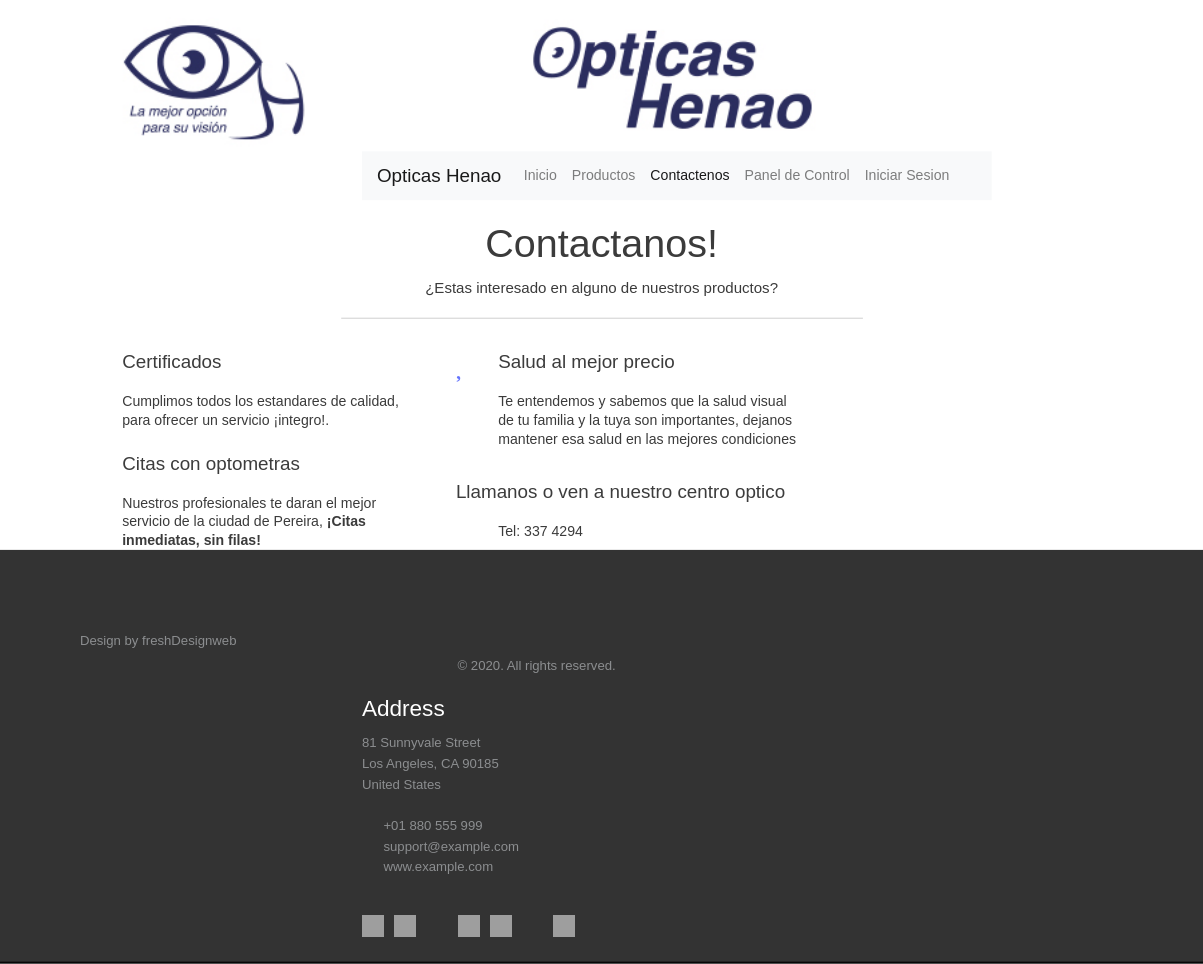
Repository: camilo1505/optometra
Page: contactanos.html
The author's editor kept a copy of each file at every save. The page is drawn from the files as they stood at one save, then again after the next save.
The browser window is 1280 px wide. The pictures show the whole page, at 94% of full size.
Pictures or frames that could not be fetched are drawn as grey boxes. Some web fonts or font styles are not loaded; a fallback is used.

Above is the page before, as saved 2019-04-14 21:56:29.
Console error (its wording comes from the project's code and is left out).

### contactanos.html
<!DOCTYPE html>
<html lang="es">

<head>
  <meta charset="UTF-8">
  <meta name="viewport" content="width=device-width, initial-scale=1.0">
  <title>Opticas Henao</title>
  <link href="css/styles.css" rel="stylesheet">
  <link href="css/bootstrap-override.css" rel="stylesheet">
  <link href="css/font-awesome/font-awesome.css" rel="stylesheet">
  <link rel="stylesheet" href="css/flexslider.css" type="text/css" media="screen">
</head>

<body>
  <header id="header">
    <div class="container">
      <div class="row t-container">
        <div class="span3">
          <div class="logo">
            <a href="index.html"><img src="logo.png" alt="" /></a>
          </div>
        </div>
        <div class="span7">
          <div class="row space10"></div>
          <img src="nombre.png" alt="">
          <nav class="navbar navbar-expand-lg navbar-light bg-light">
            <a class="navbar-brand" href="index.html">Opticas Henao</a>
            <button class="navbar-toggler" type="button" data-toggle="collapse" data-target="#navbarSupportedContent"
              aria-controls="navbarSupportedContent" aria-expanded="false" aria-label="Toggle navigation">
              <span class="navbar-toggler-icon"></span>
            </button>
            <div class="collapse navbar-collapse" id="navbarNav">
              <ul class="navbar-nav">
                <li>
                  <a class="nav-link" href="index.html">Inicio<span class="sr-only">(current)</span></a>
                </li>
                <li>
                  <a class="nav-link" href="productos.php">Productos<span class="sr-only">(current)</span></a>
                </li>
                <li class="nav-item active">
                  <a class="nav-link" href="contactanos.html">Contactenos<span class="sr-only">(current)</span></a>
                </li>
                <li>
                  <a class="nav-link" href="php/panel-control.php">Panel de Control<span class="sr-only">(current)</span></a>
                </li>
                <li>
                    <a class="nav-link" href="login.html">Iniciar Sesion<span class="sr-only">(current)</span></a>
                </li>
              </ul>
            </div>
          </nav>
        </div>
      </div>
  </header>

  <div id="content">
    <div class="container">
      <div class="f-center">
        <h2>Contactanos!</h2>
        <div class="head-info">
          ¿Estas interesado en alguno de nuestros productos?
        </div>
      </div>
      <div class="f-hr"></div>
      <div class="row space30"></div>
      <div class="row">
        <div class="span12">
          <div class="row">
            <!-- Service Container -->
            <div class="span4">
              <!-- Service Icon -->
              <div class="ic-1"><i class="icon-ok"></i></div>
              <!-- Service Title -->
              <div class="title-1">
                <h4>Certificados</h4>
              </div>
              <!-- Service Content -->
              <div class="text-1">
                Cumplimos todos los estandares de calidad, para ofrecer un servicio ¡integro!.
              </div>
            </div>
            <!-- Service Container End -->
            <div class="span4">
              <div class="ic-1"><i class="icon-heart"></i></div>
              <div class="title-1">
                <h4>Salud al mejor precio</h4>
              </div>
              <div class="text-1">
                Te entendemos y sabemos que la salud visual de tu familia y la tuya son importantes, dejanos mantener esa salud en las mejores condiciones
              </div>
            </div>
            <div class="span4">
              <div class="ic-1"><i class="icon-eye-open"></i></div>
              <div class="title-1">
                <h4>Citas con optometras</h4>
              </div>
              <div class="text-1">
                Nuestros profesionales te daran el mejor servicio de la ciudad de Pereira,<b> ¡Citas inmediatas, sin filas!</b>
              </div>
            </div>
            <!-- Service Container -->
            <div class="span4">
              <!-- Service Icon -->
              <div class="ic-1"><i class="icon-phone"></i></div>
              <!-- Service Title -->
              <div class="title-1">
                <h4>Llamanos o ven a nuestro centro optico</h4>
              </div>
              <!-- Service Content -->
              <div class="text-1">
                Tel: 337 4294

              </div>
            </div>
          </div>
        </div>
      </div>
    </div>
  </div>
  <!-- Content End -->

  <!-- Footer -->
  <footer id="footer">
    <div class="container">

      <div class="row space50"></div>
      <div class="row">
        <div class="span6">
          <div class="logo-footer">
            Design by <a href="https://www.freshdesignweb.com">freshDesignweb</a>
          </div>
        </div>
        <div class="span6 right">
          &copy; 2020. All rights reserved.
        </div>
        <div class="span3 offset3">
          <h3>Address</h3>
          81 Sunnyvale Street<br>
          Los Angeles, CA 90185<br>
          United States<br>
          <br>
          <i class="icon-phone"></i>+01 880 555 999<br>
          <i class="icon-envelope"></i><a href="mailto:support@example.com">support@example.com</a><br>
          <i class="icon-home"></i><a href="#">www.example.com</a>

          <div class="row space40"></div>

          <a href="#" class="social-network sn2 behance"></a>
          <a href="#" class="social-network sn2 facebook"></a>
          <a href="#" class="social-network sn2 pinterest"></a>
          <a href="#" class="social-network sn2 flickr"></a>
          <a href="#" class="social-network sn2 dribbble"></a>
          <a href="#" class="social-network sn2 lastfm"></a>
          <a href="#" class="social-network sn2 forrst"></a>
          <a href="#" class="social-network sn2 xing"></a>
        </div>
      </div>

    </div>
  </footer>
  <!-- Footer End -->
  <!-- JavaScripts -->
  <script type="text/javascript" src="js/jquery-1.8.3.min.js"></script>
  <script type="text/javascript" src="js/bootstrap.min.js"></script>
  <script type="text/javascript" src="js/functions.js"></script>
  <script type="text/javascript" defer src="js/jquery.flexslider.js"></script>
</body>

</html>

### css/bootstrap-override.css
/*  Resolutions below 1200px  */

@media (max-width: 1200px) {

  #header {
	  height:auto;
  }
  #titlebar h3{ padding-left:10px;}
  .texture{
    left:-148px;
    width:560px;
  }

  .texture-footer {
    width:68%;
    right:-130px;
  }

  .logo {
    margin-top:60px;
  }

  .form-main input, .form-main textarea {
    width:93.7%;
  }

  .form-comment input {
    width:92.2%;
  }

  .form-comment textarea {
    width:96.2%;
  }

  #map {
    height:220px;
  }

}

/*  Resolutions below 980px  */

@media (max-width: 980px) {

  #header {
    height:auto;
  }

  .texture{
    left:-116px;
    width:440px;
  }

  .texture-footer {
    width:70%;
    top:0px;
    right:-102px;
  }

  .logo {
    margin-top:45px;
  }

  .form-main input, .form-main textarea {
    width:92%;
  }

  .form-comment input {
    width:89.5%;
  }

  .form-comment textarea {
    width:95%;
  }

  #map {
    height:166px;
  }

}

/*  Resolutions below 768px  */

@media (max-width: 768px) {

  #header, #footer, #content {
    padding:0 12px;
  }

  #header {
    height:auto;
  }

  .h-button {
    position:relative;
  }

  #our-clients img {
    width:auto !important;
    float:left;
  }

  .f-right {
    float:left !important;
  }

  .right {
    text-align:left !important;
  }

  .text-1 {
    padding:0px !important;
  }

  .back-top {
    top:0px !important;
    float:left !important;
  }

  .search-box {
    clear:both;
  }

  .search {
    width:83%;
    padding-left:2%;
  }

  /* vertical padding for span* */
  [class*="span"] {
    margin-bottom: 12px !important;
  }

  /* height of space* */
  [class*="space"] {
    height:10px !important;
  }

  h1 {
    padding-top:0px;
  }

    /* Main Navigation - Hidden */
  .navbar .nav {
    display:none !important;
  }

  .navbar {
    float:left !important;
    width:100%;
  }

  /* Select Box Navigation - Show */
  .navbar .nav-responsive {
    display:block !important;
    width:100%;
    clear:both;
  }

  .logo {
    width:200px;
  }

  .texture {
    display:none !important;
  }

  .texture-footer {
    display:none;
  }

  .form-main input, .form-main textarea {
    width:96%;
    padding-left:2%;
    padding-right:2%;
  }

  .form-comment input {
    width:92%;
    padding-left:2%;
    padding-right:2%;
  }

  .form-comment textarea {
    width:92%;
    padding-left:2%;
    padding-right:2%;
  }

}

### css/flexslider.css
/*
 * jQuery FlexSlider v2.0
 * http://www.woothemes.com/flexslider/
 *
 * Copyright 2012 WooThemes
 * Free to use under the GPLv2 license.
 * http://www.gnu.org/licenses/gpl-2.0.html
 *
 * Contributing author: Tyler Smith (@mbmufffin)
 */


/* Browser Resets */
.flex-container a:active,
.flexslider a:active,
.flex-container a:focus,
.flexslider a:focus  {outline: none;}
.slides,
.flex-control-nav,
.flex-direction-nav {margin: 0; padding: 0; list-style: none;}

/* FlexSlider Necessary Styles
*********************************/
.flexslider {margin: 0; padding: 0;}
.flexslider .slides > li {display: none; -webkit-backface-visibility: hidden;} /* Hide the slides before the JS is loaded. Avoids image jumping */
.flexslider .slides img {width: 100%; display: block;}
.flex-pauseplay span {text-transform: capitalize;}

/* Clearfix for the .slides element */
.slides:after {content: "."; display: block; clear: both; visibility: hidden; line-height: 0; height: 0;}
html[xmlns] .slides {display: block;}
* html .slides {height: 1%;}

/* No JavaScript Fallback */
/* If you are not using another script, such as Modernizr, make sure you
 * include js that eliminates this class on page load */
.no-js .slides > li:first-child {display: block;}


/* FlexSlider Default Theme
*********************************/
.flexslider {margin: 0px; background: #fff; border: 0px solid #fff; position: relative; -webkit-border-radius: 0px; -moz-border-radius: 0px; -o-border-radius: 0px; border-radius: 0px; box-shadow: 0 0px 0px rgba(0,0,0,.2); -webkit-box-shadow: 0 0px 0px rgba(0,0,0,.2); -moz-box-shadow: 0 0px 0px rgba(0,0,0,.2); -o-box-shadow: 0 0px 0px rgba(0,0,0,.2); zoom: 1;}
.flex-viewport {max-height: 2000px; -webkit-transition: all 1s ease; -moz-transition: all 1s ease; transition: all 1s ease;}
.loading .flex-viewport {max-height: 300px;}
.flexslider .slides {zoom: 1;}

.carousel li {margin-right: 5px}

/* Direction Nav */
/*
.flex-direction-nav {*height: 0;}
.flex-direction-nav a {width: 20px; height: 40px; margin: -25px 0 0; display: block; background: url(../img/bg-direction-nav.png) no-repeat 0 0; position: absolute; bottom: 20px; z-index: 10; cursor: pointer; font-size:0px; text-indent: -20px; opacity: 0.9; -webkit-transition: all .3s ease;}
.flex-direction-nav .flex-next {background-position: 100% 0; right: 20px; }
.flex-direction-nav .flex-prev {right: 60px;}
.flexslider:hover .flex-next {opacity: 0.9; right: 20px;}
.flexslider:hover .flex-prev {opacity: 0.9; right: 60px;}
.flexslider:hover .flex-next:hover, .flexslider:hover .flex-prev:hover {opacity: 1;}
.flex-direction-nav .flex-disabled {opacity: .6!important; filter:alpha(opacity=60); cursor: default;}
*/

/* Control Nav */
.flex-control-nav {display:none; width: 100%; position: absolute; bottom: 12px; right: 12px; text-align: right;}
.flex-control-nav li {margin: 0 6px; display: inline-block; zoom: 1; *display: inline;}
.flex-control-paging li a {width: 8px; height: 8px; display: block; background: #fff; background: rgba(0,0,0,0); border:2px solid #b8b8b8; cursor: pointer; font-size:0px; text-indent: -20px; -webkit-border-radius: 20px; -moz-border-radius: 20px; -o-border-radius: 20px; border-radius: 20px; box-shadow: inset 0 0 3px rgba(0,0,0,0.3);}
.flex-control-paging li a:hover { background: #fff; background: rgba(255,255,255,0.2); }
.flex-control-paging li a.flex-active {position:relative; top: -2px; width: 12px; height: 12px; border:0px; background: #fff; background: rgba(255,255,255,0.9); cursor: default; }

.flex-control-thumbs {margin: 5px 0 0; position: static; overflow: hidden;}
.flex-control-thumbs li {width: 25%; float: left; margin: 0;}
.flex-control-thumbs img {width: 100%; display: block; opacity: .7; cursor: pointer;}
.flex-control-thumbs img:hover {opacity: 1;}
.flex-control-thumbs .flex-active {opacity: 1; cursor: default;}

@media screen and (max-width: 860px) {
.slider1 .flex-direction-nav a {position: absolute; bottom: 20px;}
.slider1 .flex-direction-nav .flex-prev {opacity: 0.8; left: 20px !important; text-indent: -500px; -webkit-transition: position 0.6s ease;}
.slider1 .flex-direction-nav .flex-next {opacity: 0.8; right: 20px !important; text-indent: -500px; -webkit-transition: position 0.6s ease;}
.slider1:hover .flex-prev {opacity: 1; left: 20px !important;}
.slider1:hover .flex-next {opacity: 1; right: 20px !important;}
.slider1 .flex-control-nav {display:none;}
}

/* Direction Nav Slider1 */
.slider1 .flex-direction-nav {*height: 0;}
.slider1 .flex-direction-nav a {width: 40px; height: 40px; margin: -20px 0 0 0; display: block; background: url(../img/bg-direction-nav.png) no-repeat 0 0; position: absolute; top: 50%; z-index: 10; cursor: pointer; font-size:0px; text-indent: -20px; opacity: 0.5; -webkit-transition: all .3s ease;}
.slider1 .flex-direction-nav .flex-next {background-position: 100% 0; right: 20px;}
.slider1 .flex-direction-nav .flex-prev {left: 20px;}
.slider1:hover .flex-next {opacity: .8; right: 20px;}
.slider1:hover .flex-prev {opacity: .8; left: 20px;}
.slider1 .flexslider:hover .flex-next:hover, .flexslider:hover .flex-prev:hover {opacity: 1;}
.slider1 .flex-direction-nav .flex-disabled {opacity: .6!important; filter:alpha(opacity=60); cursor: default;}

/* Direction Nav Slider2 */
.slider2  {background:transparent;}
.slider2 .flex-direction-nav {*height: 0;}
.slider2 .flex-direction-nav a {width: 34px; height: 34px; margin: -21px 0 0; display: block; background: url(../img/bg-direction-nav-2.png) no-repeat 0 0; position: absolute; top: -23px; z-index: 10; cursor: pointer; text-indent: -2500px; opacity: .8; -webkit-transition: all .3s ease;}
.slider2 .flex-direction-nav .flex-next {background-position: 100% 0; right: 0px; }
.slider2 .flex-direction-nav .flex-prev {right: 35px;}
.slider2:hover .flex-next {opacity: 1;}
.slider2:hover .flex-prev {opacity: 1;}
.slider2 .flexslider:hover .flex-next:hover, .flexslider:hover .flex-prev:hover {opacity: .8;}
.slider2 .flex-direction-nav .flex-disabled {opacity: .6!important; filter:alpha(opacity=60); cursor: default;}
.slider2 .flex-control-nav {display:none;}

Loaded but not shown: css/font-awesome/font-awesome.css (library); js/jquery-1.8.3.min.js (library); js/bootstrap.min.js (library); js/jquery.flexslider.js (library); css/bootstrap.min.css (library); css/bootstrap-responsive.min.css (library); js/functions.js (217 lines, source omitted); css/styles.css (1527 lines, source omitted)

After the next save:
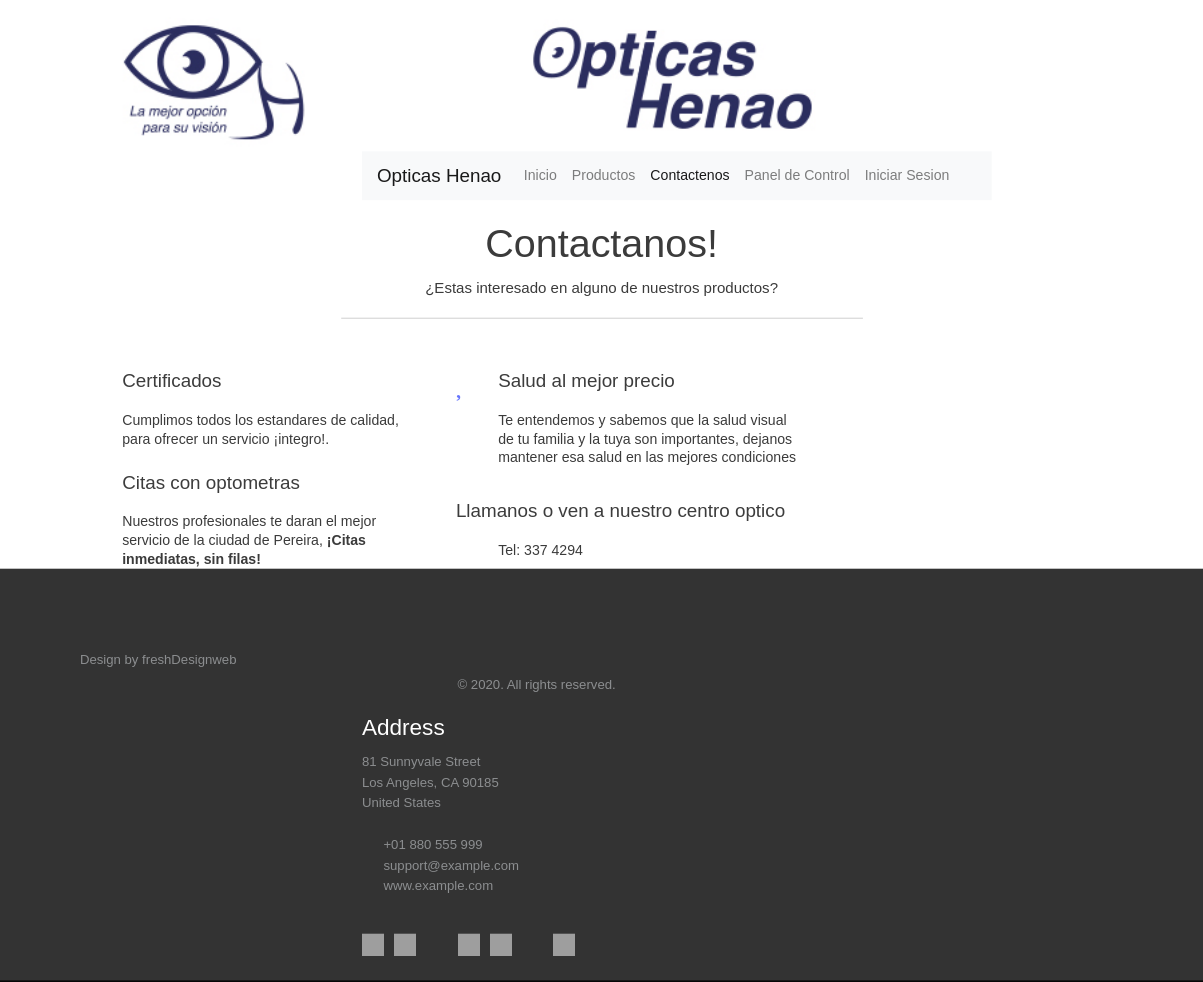
Saved 5 s later.
--- a/contactanos.html
+++ b/contactanos.html
@@ -62,7 +62,7 @@
         </div>
       </div>
       <div class="f-hr"></div>
-      <div class="row space30"></div>
+      <div class="row space50"></div>
       <div class="row">
         <div class="span12">
           <div class="row">
